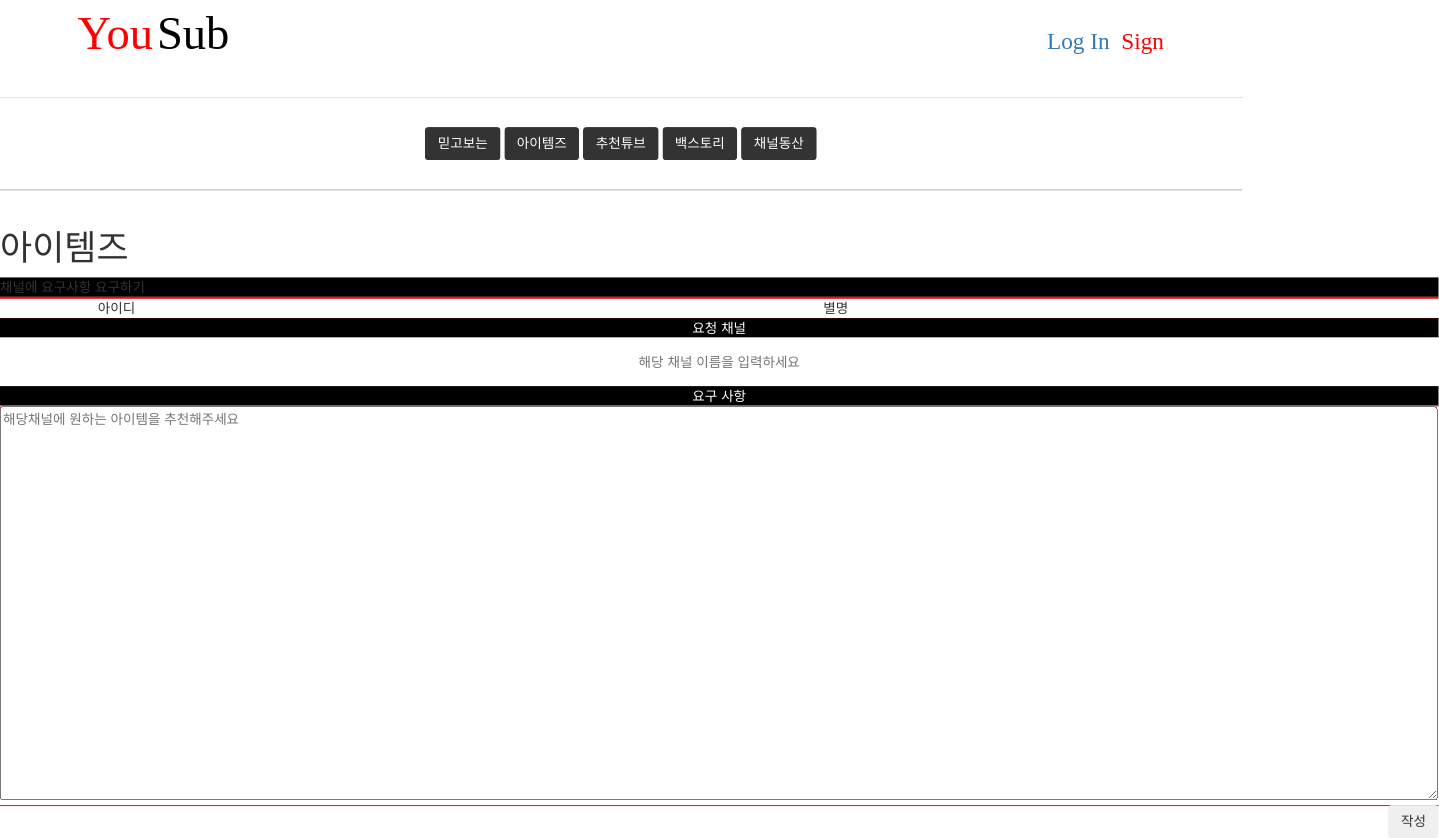
Repository: rkdeoqja/YouSub
Page: http://localhost/yousub/board/itemsWrite.jsp
An editor plug-in stored every save of this project. The page is shown before and after the next save, followed by the edit.
The browser window is 1280 px wide. The page is 1483 px wide, so the pictures cover 1483 px, including what lies to the right of the window. The pictures show the whole page, at 97% of full size.
Some web fonts or font styles are not loaded; a fallback is used. The page is served by Tomcat 9.

Above is the page before, as saved 2019-10-16 14:24:47.

After the next save:
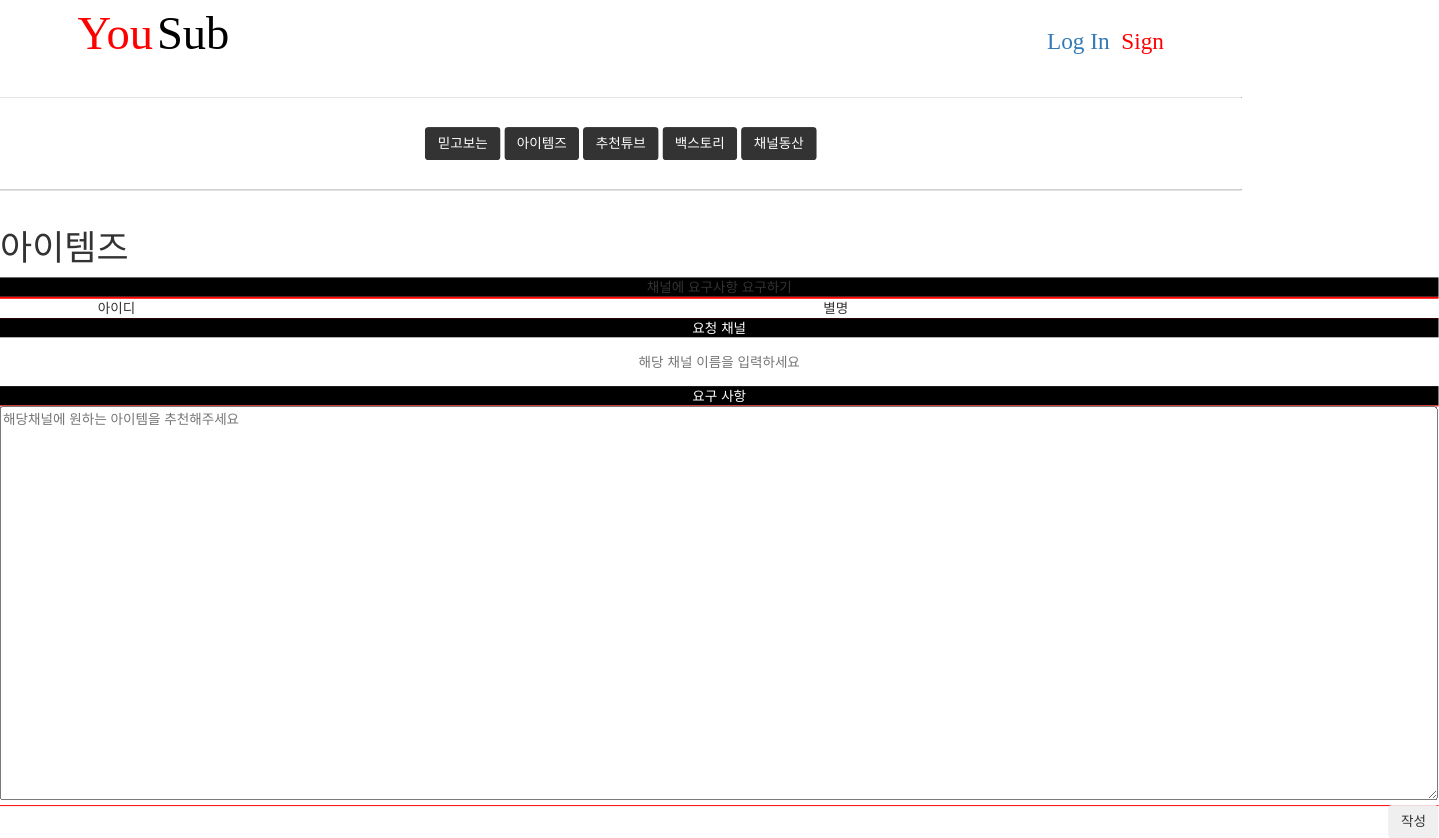
Saved 47 s later.
--- a/yousub/WebContent/board/itemsWrite.jsp
+++ b/yousub/WebContent/board/itemsWrite.jsp
@@ -41,7 +41,7 @@ div{margin:auto;}
 			<th><h1>아이템즈</h1><th>
 		</tr>
 		<tr>
-			<td colspan=4 height="2" bgcolor="black">채널에 요구사항 요구하기</td>
+			<td colspan=4 height="2" bgcolor="black" align="Center">채널에 요구사항 요구하기</td>
 		</tr>
 		<tr>
 		<td colspan=4 height="2" bgcolor="red"></td>
